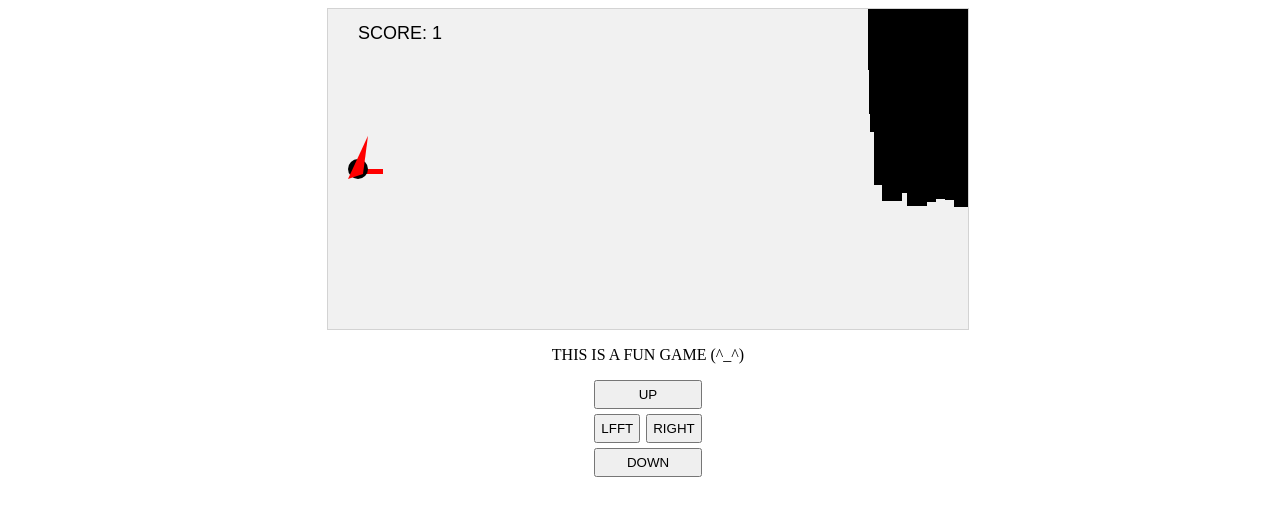
Repository: 0971638569/Game-javascript-canvas
Page: game-JAVASCRIPTS-HTML-CSS-CANVAS/index.html
These files come from the project's save history. The page is drawn as it stood at one moment and after the next save; the edit follows.
The browser window is 1280 px wide. The page is 1288 px wide, so the pictures cover 1288 px, including what lies to the right of the window. The pictures show the whole page.

Above is the page before, as saved 2022-11-16 17:27:51.

After the next save:
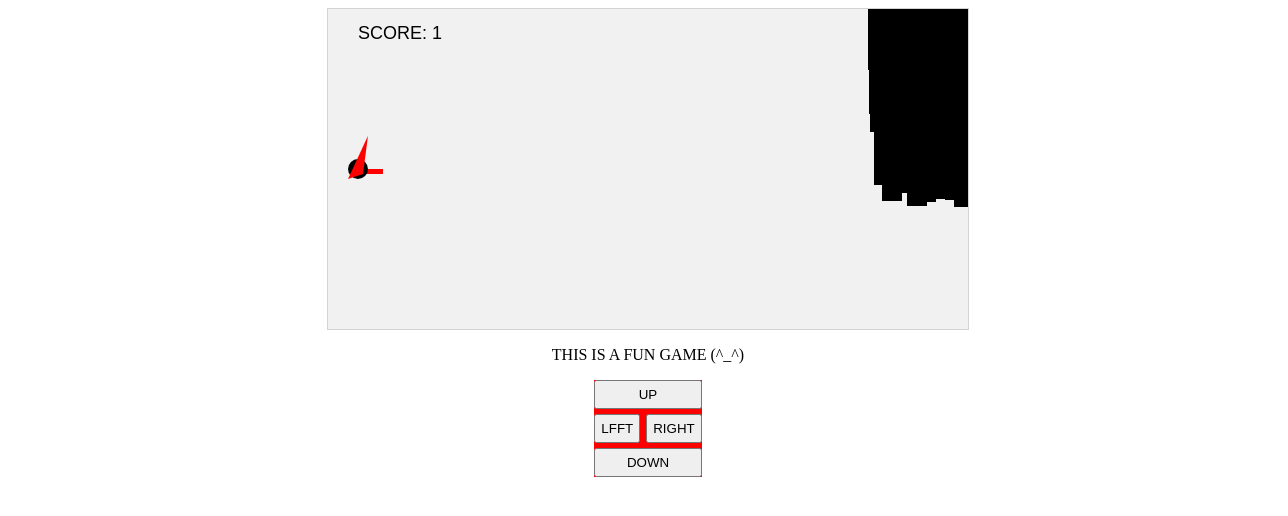
Saved 2 min 6 s later.
--- a/game-JAVASCRIPTS-HTML-CSS-CANVAS/styles.css
+++ b/game-JAVASCRIPTS-HTML-CSS-CANVAS/styles.css
@@ -6,10 +6,12 @@
     justify-content: center;
     flex-direction: column;
 }
+
 canvas {
     border: 1px solid#d3d3d3;
     background-color: #f1f1f1;
 }
+
 button {
     width: 100%;
     display: flex;
@@ -17,6 +19,11 @@
     align-items: center;
     padding: 5px;
 }
+
+#button {
+    background-color: red;
+}
+
 .btnMove {
     display: flex;
     margin-top: 5px;

After the save that followed:
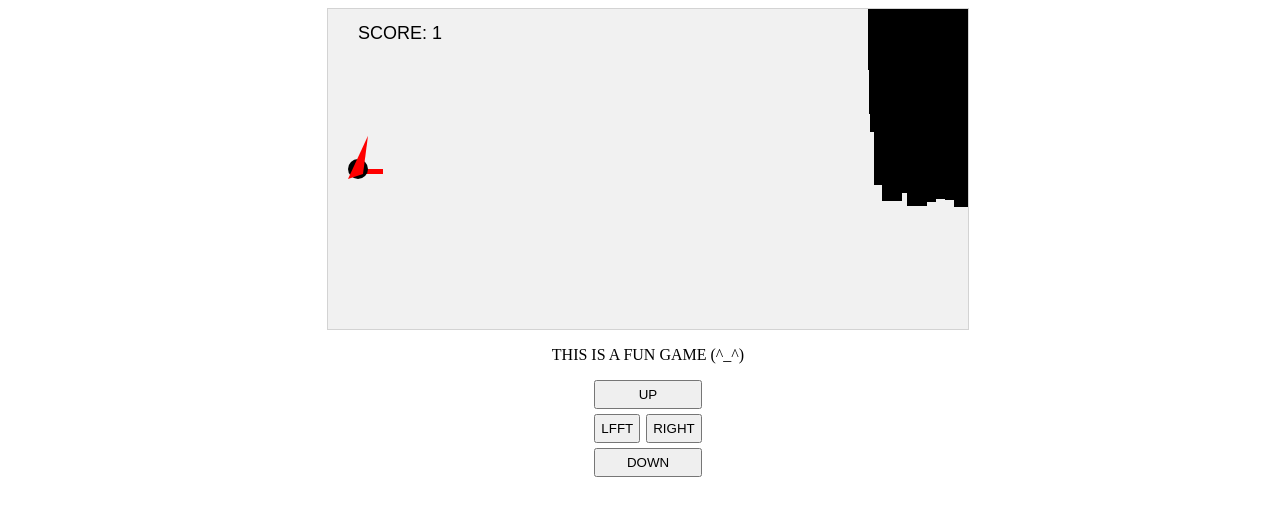
Saved 32 s later.
--- a/game-JAVASCRIPTS-HTML-CSS-CANVAS/styles.css
+++ b/game-JAVASCRIPTS-HTML-CSS-CANVAS/styles.css
@@ -21,7 +21,7 @@
 }
 
 #button {
-    background-color: red;
+    height: 200px;
 }
 
 .btnMove {
